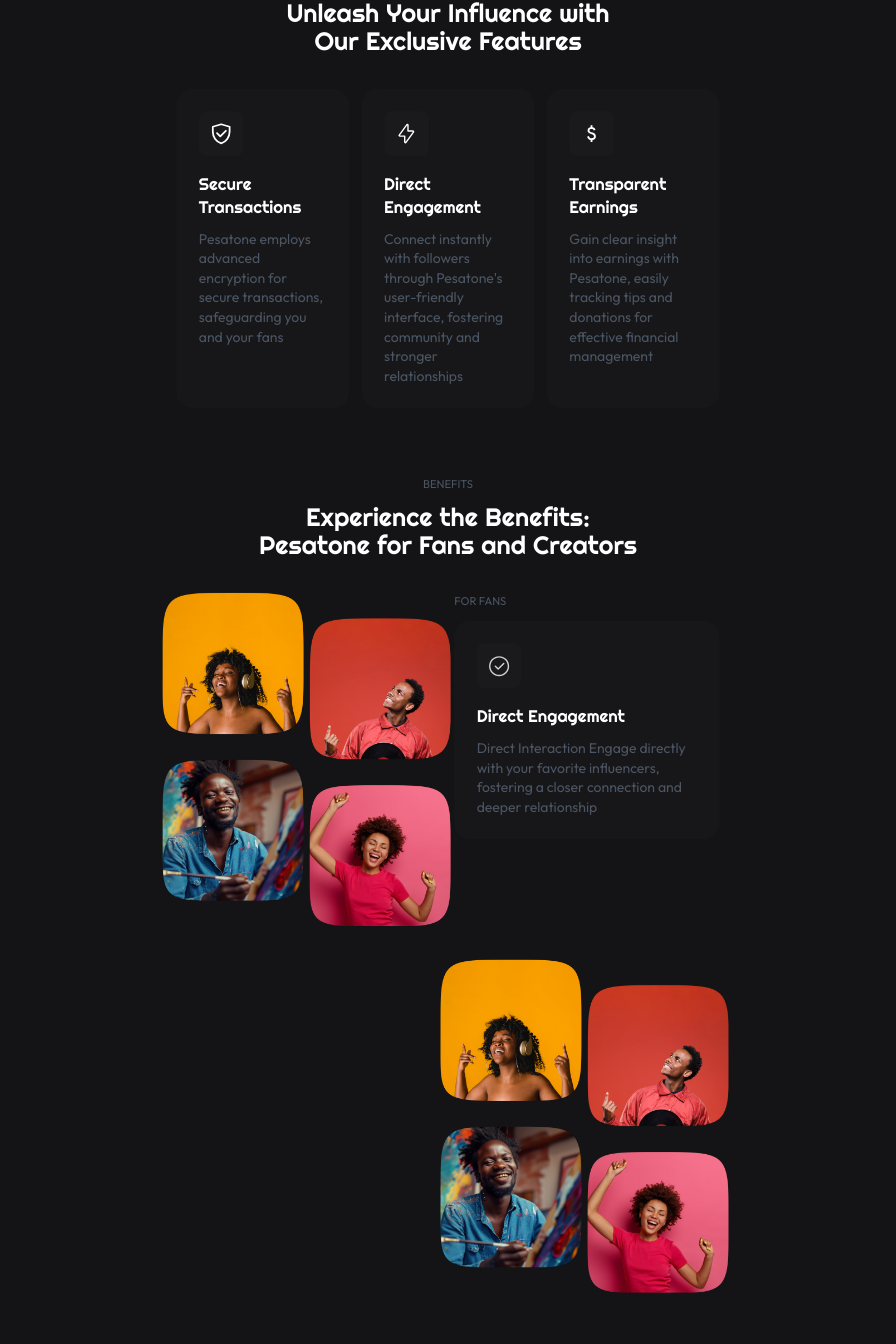
Repository: felixdusengimana/capstone-project-mirror
Page: / (app in frontend/)
An editor plug-in stored every save of this project. The page is shown before and after the next save, followed by the edit.
The browser window is 1280 px wide. The pictures show the part of the page from y = 1077 to 2997 px (the page is 2997 px tall), at 70% of full size.
The project was rebuilt for these pictures with package versions that can differ from the ones it lists, and the page was loaded fresh each time. The framework's server and built-in components were replaced by stand-ins that run in the browser. Also part of the build but not shown: frontend/next.config.mjs.

Above is the page before, as saved 2024-03-11 15:26:03.

After the next save:
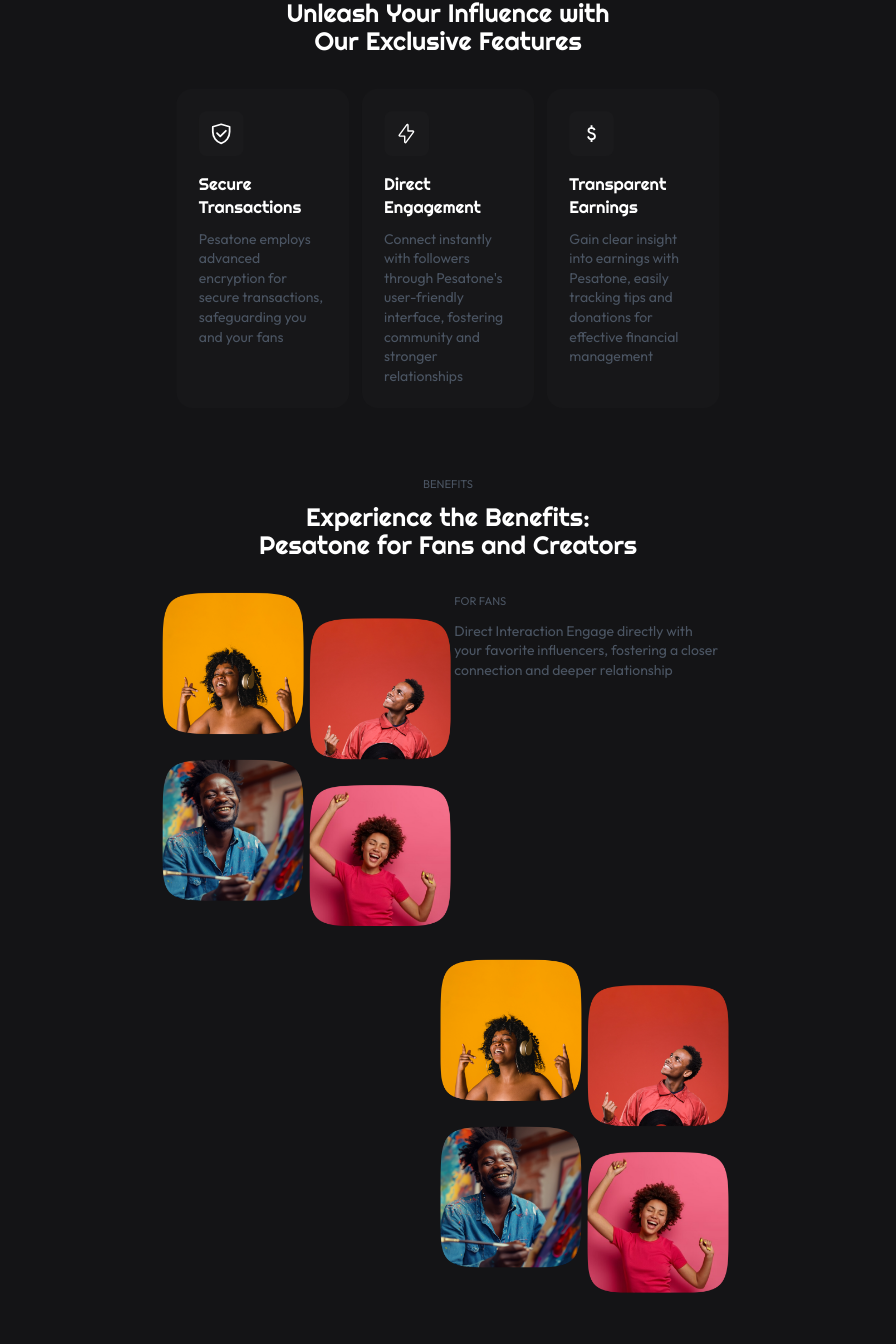
Saved 21 s later.
--- a/frontend/app/page.tsx
+++ b/frontend/app/page.tsx
@@ -75,10 +75,10 @@ export default function page() {
           </div>
           <div>
             <h5 className="uppercase text-gray-600 mb-4">For Fans</h5>
-            <Card title="Direct Engagement" icon="check">
+            <p className="text-gray-600 font-normal text-xl">
               <span>Direct Interaction</span> Engage directly with your favorite
               influencers, fostering a closer connection and deeper relationship
-            </Card>
+            </p>
           </div>
         </div>
 
